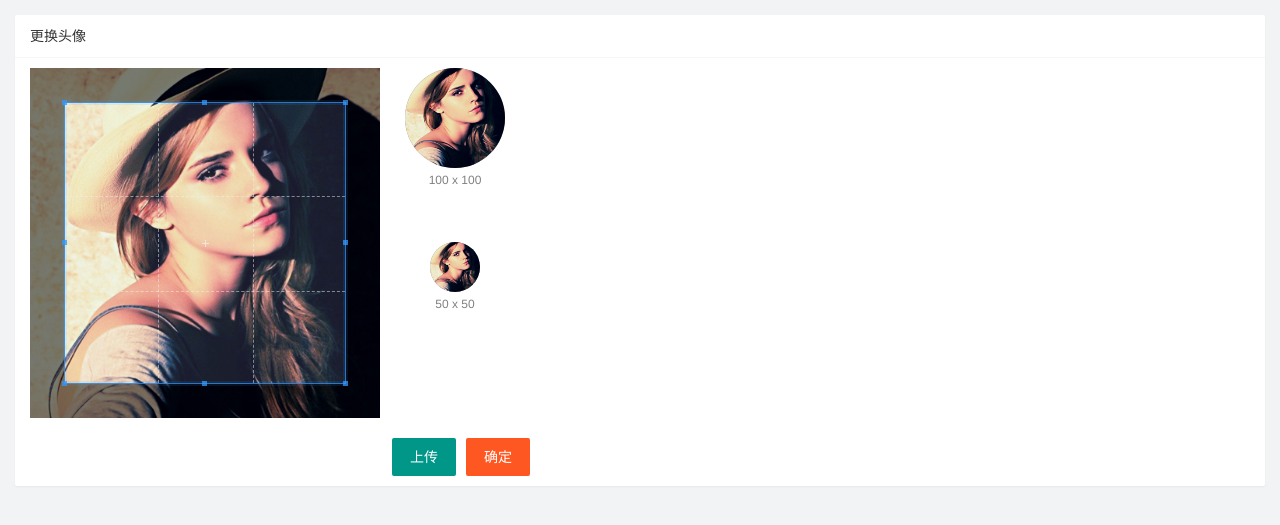
Repository: R1Deemo/Main-project
Page: user/user_avatar.html
These files come from the project's save history. The page is drawn as it stood at one moment and after the next save; the edit follows.
The browser window is 1280 px wide. The pictures show the whole page.

Above is the page before, as saved 2022-11-09 11:26:15.

### user/user_avatar.html
<!DOCTYPE html>
<html lang="en">

<head>
    <meta charset="UTF-8">
    <meta http-equiv="X-UA-Compatible" content="IE=edge">
    <meta name="viewport" content="width=device-width, initial-scale=1.0">
    <title>Document</title>
    <link rel="stylesheet" href="/assets/lib/cropper/cropper.css">
    <link rel="stylesheet" href="/assets/lib/layui/css/layui.css">
    <link rel="stylesheet" href="/assets//css/user/user_avatar.css">
</head>

<body>
    <!-- 卡片区域 -->
    <div class="layui-card">
        <div class="layui-card-header">更换头像</div>
        <div class="layui-card-body">
            <!-- 第一行的图片裁剪和预览区域 -->
            <div class="row1">
                <!-- 图片裁剪区域 -->
                <div class="cropper-box">
                    <!-- 这个 img 标签很重要，将来会把它初始化为裁剪区域 -->
                    <img id="image" src="/assets/images/sample.jpg" />
                </div>
                <!-- 图片的预览区域 -->
                <div class="preview-box">
                    <div>
                        <!-- 宽高为 100px 的预览区域 -->
                        <div class="img-preview w100"></div>
                        <p class="size">100 x 100</p>
                    </div>
                    <div>
                        <!-- 宽高为 50px 的预览区域 -->
                        <div class="img-preview w50"></div>
                        <p class="size">50 x 50</p>
                    </div>
                </div>
            </div>

            <!-- 第二行的按钮区域 -->
            <div class="row2">
                <button type="button" class="layui-btn">上传</button>
                <button type="button" class="layui-btn layui-btn-danger">确定</button>
            </div>
        </div>
    </div>
    <script src="/assets/lib/jquery.js"></script>
    <script src="/assets/lib/cropper/Cropper.js"></script>
    <script src="/assets/lib/cropper/jquery-cropper.js"></script>
    <script src="/assets/js/user/user_avatar.js"></script>
</body>

</html>

### assets/css/user/user_avatar.css
html,
body {
    margin: 0;
    padding: 0;
}

body {
    padding: 15px;
    background-color: #f2f3f5;
}


/* 设置卡片主体区域的宽度 */

.layui-card-body {
    width: 500px;
}


/* 设置按钮行的样式 */

.row2 {
    display: flex;
    justify-content: flex-end;
    margin-top: 20px;
}


/* 设置裁剪区域的样式 */

.cropper-box {
    width: 350px;
    height: 350px;
    background-color: cyan;
    overflow: hidden;
}


/* 设置第一个预览区域的样式 */

.w100 {
    width: 100px;
    height: 100px;
    background-color: gray;
}


/* 设置第二个预览区域的样式 */

.w50 {
    width: 50px;
    height: 50px;
    background-color: gray;
    margin-top: 50px;
}


/* 设置预览区域下方文本的样式 */

.size {
    font-size: 12px;
    color: gray;
    text-align: center;
}


/* 设置图片行的样式 */

.row1 {
    display: flex;
}


/* 设置 preview-box 区域的的样式 */

.preview-box {
    display: flex;
    flex-direction: column;
    flex: 1;
    align-items: center;
}


/* 设置 img-preview 区域的样式 */

.img-preview {
    overflow: hidden;
    border-radius: 50%;
}

### assets/js/user/user_avatar.js
$(function() {
    // 1.1 获取裁剪区域的 DOM 元素
    var $image = $('#image')
        // 1.2 配置选项
    const options = {
        // 纵横比
        aspectRatio: 1,
        // 指定预览区域
        preview: '.img-preview'
    }

    // 1.3 创建裁剪区域
    $image.cropper(options)
})

Loaded but not shown: assets/lib/cropper/cropper.css (library); assets/lib/layui/css/layui.css (library); assets/lib/jquery.js (library); assets/lib/cropper/Cropper.js (library); assets/lib/cropper/jquery-cropper.js (common file)

After the next save:
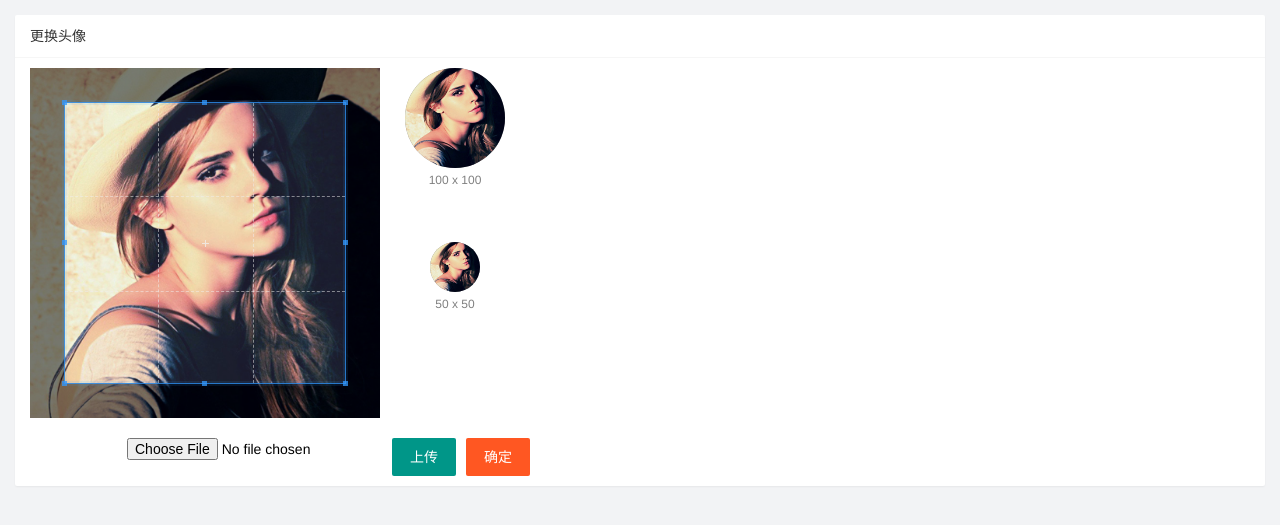
Saved 6 h 4 min later.
--- a/user/user_avatar.html
+++ b/user/user_avatar.html
@@ -40,6 +40,7 @@
 
             <!-- 第二行的按钮区域 -->
             <div class="row2">
+                <input type="file" id="file" />
                 <button type="button" class="layui-btn">上传</button>
                 <button type="button" class="layui-btn layui-btn-danger">确定</button>
             </div>

After the save that followed:
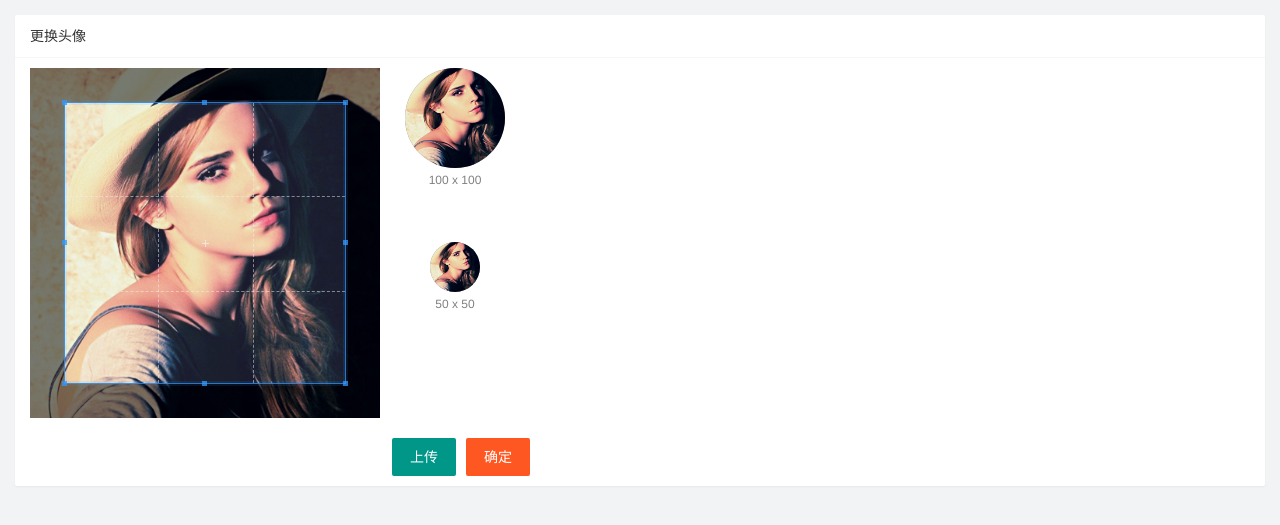
Saved 82 s later.
--- a/assets/js/user/user_avatar.js
+++ b/assets/js/user/user_avatar.js
@@ -11,4 +11,8 @@ $(function() {
 
     // 1.3 创建裁剪区域
     $image.cropper(options)
+
+
+    //隐藏上传文件
+    $('#file').hide()
 })
